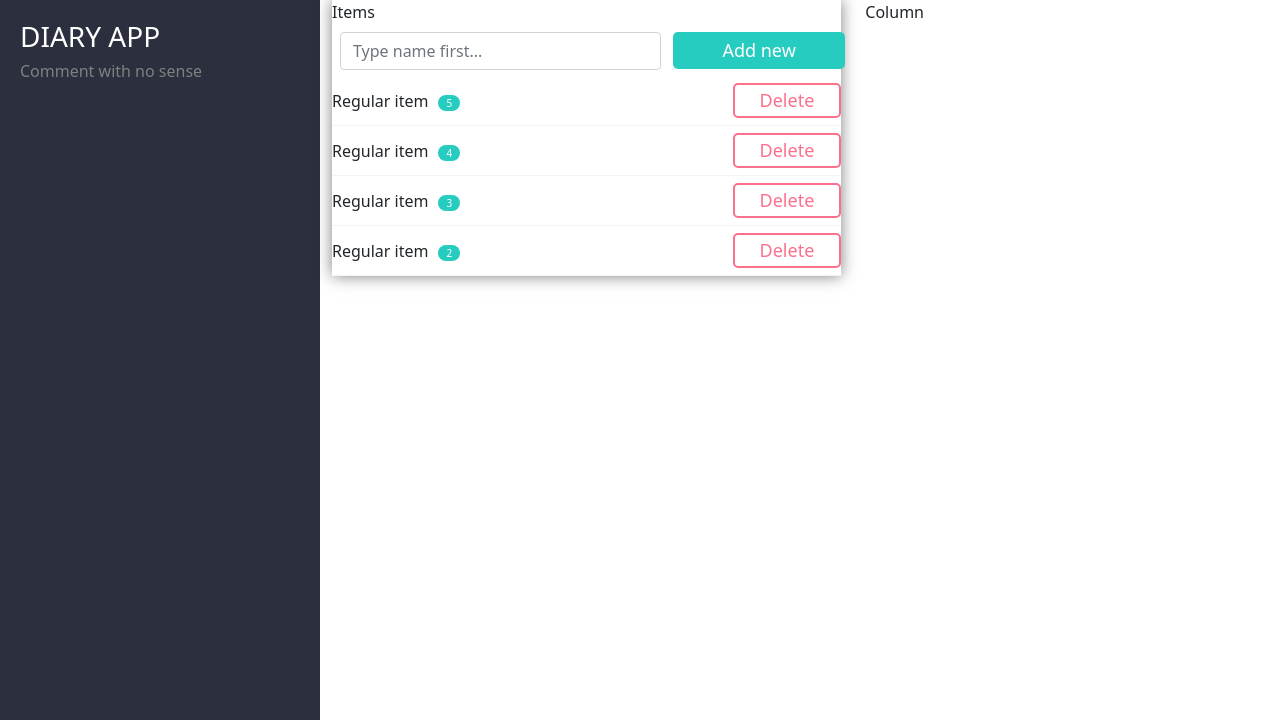
Repository: tsydikov/diary
Page: /
These files come from the project's save history. The page is drawn as it stood at one moment and after the next save; the edit follows.
The browser window is 1280 px wide. The pictures show the whole page.
The project was rebuilt for these pictures with package versions that can differ from the ones it lists, and the page was loaded fresh each time.

Above is the page before, as saved 2021-09-10 21:24:32.

After the next save:
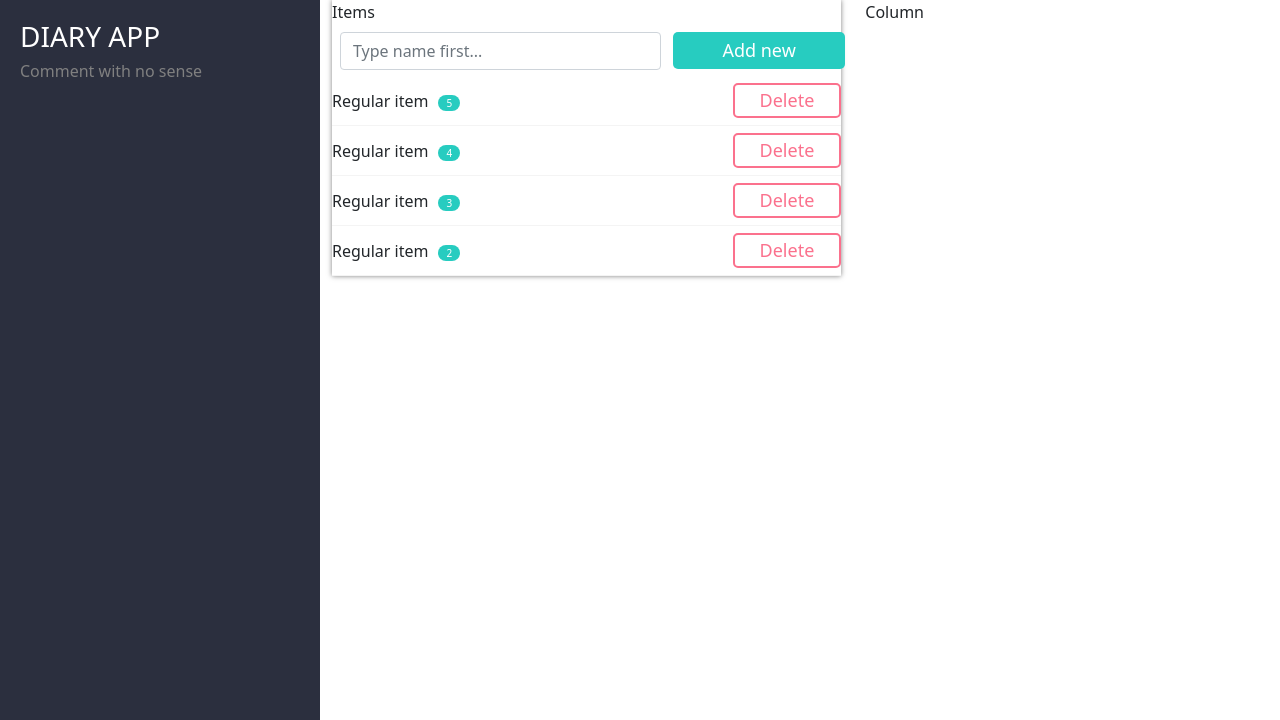
Saved 25 s later.
--- a/src/styles/App.css
+++ b/src/styles/App.css
@@ -33,5 +33,5 @@ hr {
 }
 
 .items_cotainer {
-    box-shadow: 0 0 15px rgba(0,0,0,0.5);
+    box-shadow: 0 0 5px rgba(0,0,0,0.5);
 }
